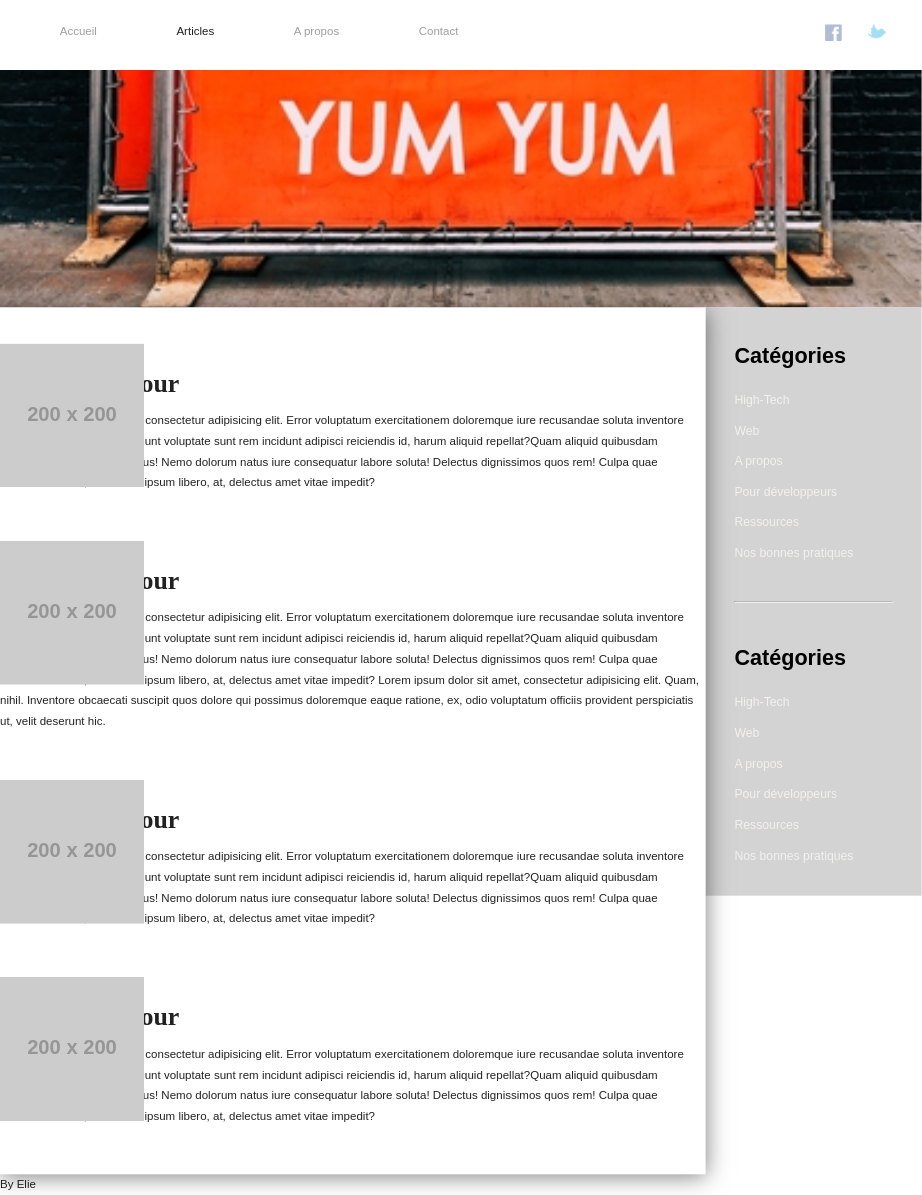
Repository: Elie-Dey/blog-train
Page: index.html
An editor plug-in stored every save of this project. The page is shown before and after the next save, followed by the edit.
The browser window is 1280 px wide. The pictures show the whole page, at 72% of full size.

Above is the page before, as saved 2020-06-17 03:08:52.

### index.html
<!DOCTYPE html>
<html lang="en">
<head>
    <meta charset="UTF-8">
    <meta name="viewport" content="width=device-width, initial-scale=1.0">
    <link rel="stylesheet" href="style.css">
    <title>Mon blog</title>
</head>
<body>
    <header class="topbar">
        <nav>
            <a href="index.html">Accueil</a>
            <a href="articles.html" class="active"> Articles</a>
            <a href="about.html">A propos</a>
            <a href="apropos.html">Contact</a>
        </nav>
        <div class="social">
            <a href="#"> <img src="images/fb.png" alt="Facebook"></a>
            <a href="#"> <img src="images/twitter.png" alt="Twitter"></a>
        </div>
    </header>
    <div class="banniere"></div>
    <main class="main">
        <article class="article">
           <a href="article.html" class="article-img"><img src="https://via.placeholder.com/200" alt="article-image"/> </a>
            <div class="article-date">Publié le 14/05/2020</div>
            <h2 class="article-title">  <a href="#">    Le satut du jour</a>  </h2>
            <p>
                Lorem ipsum dolor sit amet, consectetur adipisicing elit. Error voluptatum exercitationem doloremque iure recusandae soluta inventore tenetur omnis laborum nesciunt voluptate sunt rem incidunt adipisci reiciendis id, harum aliquid repellat?Quam aliquid quibusdam laboriosam sapiente possimus! Nemo dolorum natus iure consequatur labore soluta!
                Delectus dignissimos quos rem! Culpa quae reiciendis officiis, facilis iure ipsum libero, at, delectus amet vitae impedit?
            </p>
        </article>
        <article class="article">
            <a href="article.html" class="article-img"><img src="https://via.placeholder.com/200" alt="article-image"/> </a>
             <div class="article-date">Publié le 14/05/2020</div>
             <h2 class="article-title">  <a href="#">    Le satut du jour</a>  </h2>
             <p>
                 Lorem ipsum dolor sit amet, consectetur adipisicing elit. Error voluptatum exercitationem doloremque iure recusandae soluta inventore tenetur omnis laborum nesciunt voluptate sunt rem incidunt adipisci reiciendis id, harum aliquid repellat?Quam aliquid quibusdam laboriosam sapiente possimus! Nemo dolorum natus iure consequatur labore soluta!
                 Delectus dignissimos quos rem! Culpa quae reiciendis officiis, facilis iure ipsum libero, at, delectus amet vitae impedit?
                 Lorem ipsum dolor sit amet, consectetur adipisicing elit. Quam, nihil. Inventore obcaecati suscipit quos dolore qui possimus doloremque eaque ratione, ex, odio voluptatum officiis provident perspiciatis ut, velit deserunt hic.
             </p>
         </article>
         <article class="article">
            <a href="article.html" class="article-img"><img src="https://via.placeholder.com/200" alt="article-image"/> </a>
             <div class="article-date">Publié le 14/05/2020</div>
             <h2 class="article-title">  <a href="#">    Le satut du jour</a>  </h2>
             <p>
                 Lorem ipsum dolor sit amet, consectetur adipisicing elit. Error voluptatum exercitationem doloremque iure recusandae soluta inventore tenetur omnis laborum nesciunt voluptate sunt rem incidunt adipisci reiciendis id, harum aliquid repellat?Quam aliquid quibusdam laboriosam sapiente possimus! Nemo dolorum natus iure consequatur labore soluta!
                 Delectus dignissimos quos rem! Culpa quae reiciendis officiis, facilis iure ipsum libero, at, delectus amet vitae impedit?
             </p>
         </article>
         <article class="article">
            <a href="article.html" class="article-img"><img src="https://via.placeholder.com/200" alt="article-image"/> </a>
             <div class="article-date">Publié le 14/05/2020</div>
             <h2 class="article-title">  <a href="#">    Le satut du jour</a>  </h2>
             <p>
                 Lorem ipsum dolor sit amet, consectetur adipisicing elit. Error voluptatum exercitationem doloremque iure recusandae soluta inventore tenetur omnis laborum nesciunt voluptate sunt rem incidunt adipisci reiciendis id, harum aliquid repellat?Quam aliquid quibusdam laboriosam sapiente possimus! Nemo dolorum natus iure consequatur labore soluta!
                 Delectus dignissimos quos rem! Culpa quae reiciendis officiis, facilis iure ipsum libero, at, delectus amet vitae impedit?
             </p>
         </article>


    </main>
    <aside class="sidebar">
        <h4 class="sidebar-title">Catégories</h4>
        <ul>
            <li><a href="#">High-Tech</a></li>
            <li><a href="#">Web</a></li>
            <li><a href="#">A propos</a></li>
            <li><a href="#">Pour développeurs </a></li>
            <li><a href="#">Ressources</a></li>
            <li><a href="#">Nos bonnes pratiques</a></li>
        </ul>
        <hr>
        <h4 class="sidebar-title">Catégories</h4>
        <ul>
            <li><a href="#">High-Tech</a></li>
            <li><a href="#">Web</a></li>
            <li><a href="#">A propos</a></li>
            <li><a href="#">Pour développeurs</a></li>
            <li><a href="#">Ressources</a></li>
            <li><a href="#">Nos bonnes pratiques</a></li>
        </ul>


    </aside>
    <footer class="footer">
        By Elie
    </footer>
</body>
</html>

### style.css
*{
    box-sizing: border-box;
}
body, html
{
    margin: 0;
    font-size: 16px;
    font-family: sans-serif;
    color: rgba(0, 0, 0, .87);
    line-height: 1.8;
    font-weight: 500;
}
.topbar{

    position: fixed;
    top: 0;
    right: 0;
    left: 0;
    width: 100%;
    background-color: white;
    padding: 30px ;
    z-index: 3;
}
.topbar nav{
    float: left;

}
.topbar nav a {
    color: #9f9f9f;
    text-decoration: none;
    font-weight: 500;
    padding: 0 53px;
}

.topbar nav a:hover , .topbar nav a.active{
    color:  rgba(0, 0, 0, .87);
}

 .social {
    float: right;
}

.social a
{
    padding: 0 12px;
    opacity: .4;
}
.social a:hover
{
    opacity: 1;
}

.banniere {
    height: 427px;
    background: no-repeat center center / cover url("images/banniere.jpg") ;

}
.main
{
    float:left;
    width: calc(100% - 300px);
    background: white;
    box-shadow: 0 4px 30px rgba(0, 0, 0, .5);
    position: relative;
    z-index: 2;


}
.sidebar
{
    float: right;
    background:lightgray;
    width: 300px;
    padding: 40px;
    font-size: 17px;
    position: relative;
    z-index: 1;
}
.sidebar a
{
    text-decoration: none;
    color: rgb(243, 241, 239);
}
.sidebar ul
{
    margin: 0;
    padding: 0;
    list-style: none;

}
.sidebar li
{
    padding: 6px 0;
}
.sidebar li:first-child
{
    padding-top: 0;
}

.sidebar li:last-child
{
    padding-bottom: 0;
}
.sidebar a:hover
{
    text-decoration: underline;
}

.sidebar hr
{
    border-color:none;
    background: white;
    height: 1px;
    margin: 50px 0;


}

.sidebar-title
{
    font-size: 30px;
    color: black;
    margin: 20px 0;
}
.sidebar-title:first-child
{
    margin-top: 0;
}

.article
{
    position: relative;
    overflow: hidden;
    margin: 50px 0;
}
.article a
{
    color: inherit;
    text-decoration: none;
}
.article a:hover
{
    text-decoration: underline;
}
.article-img
{
    position: absolute;
    left: 0;
    top: 0;
    width: 200px;
    margin-right: 25px;
}
.article-title
 {
    font-size: 2.25rem;
    line-height: 1.2;
    font-family: "Cardo", serif;
    margin: 0 0 15px 0;
 }
.article-date
{
    font-weight: 300;
    color: rgba(0, 0, 0, .5);
    margin-bottom: 5px;
}
.article-img img
{
    width: 100%;
    height: auto;
}
.footer
{
    clear: both;
}

After the next save:
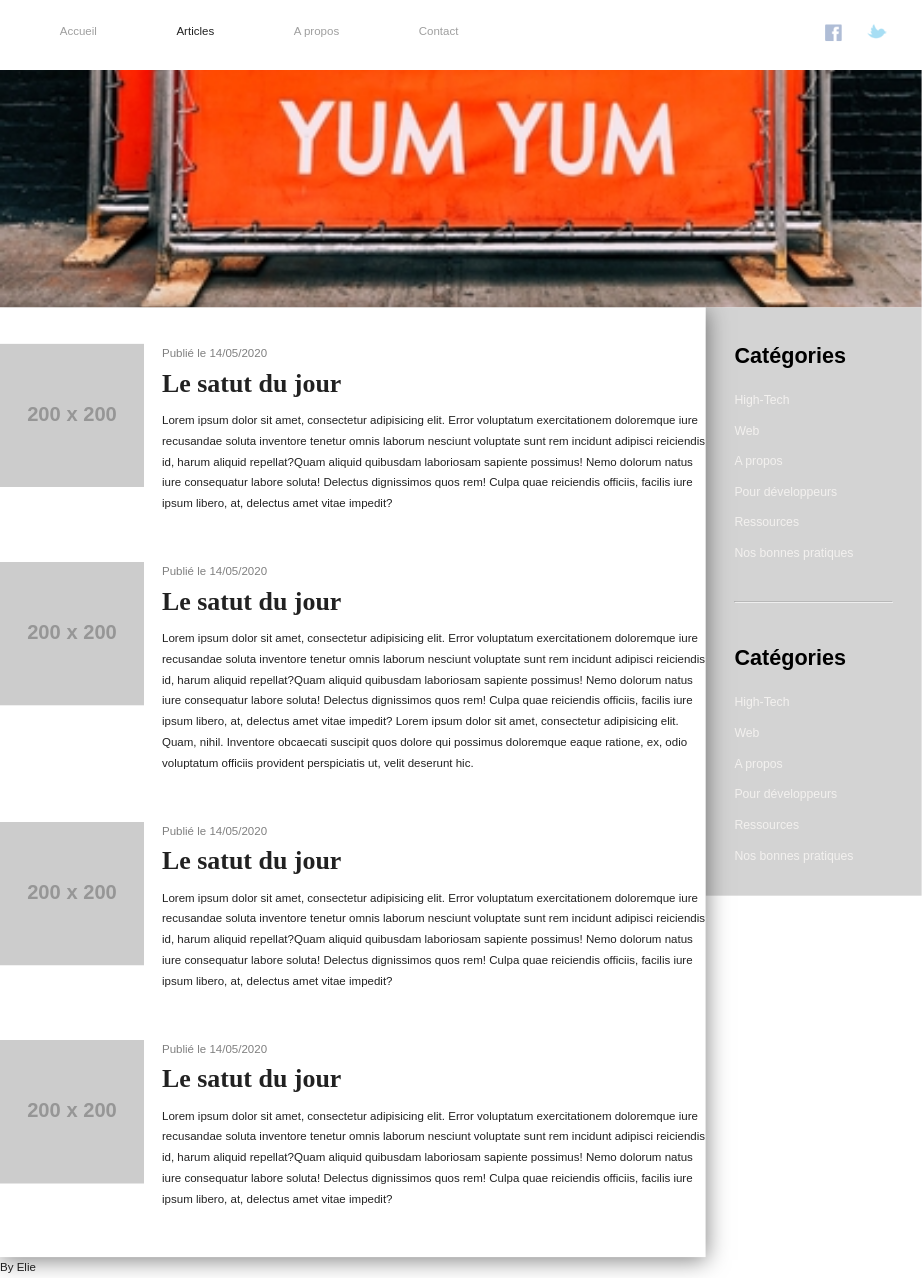
Saved 67 s later.
--- a/style.css
+++ b/style.css
@@ -132,6 +132,7 @@ body, html
     position: relative;
     overflow: hidden;
     margin: 50px 0;
+    padding-left: 225px;
 }
 .article a
 {
